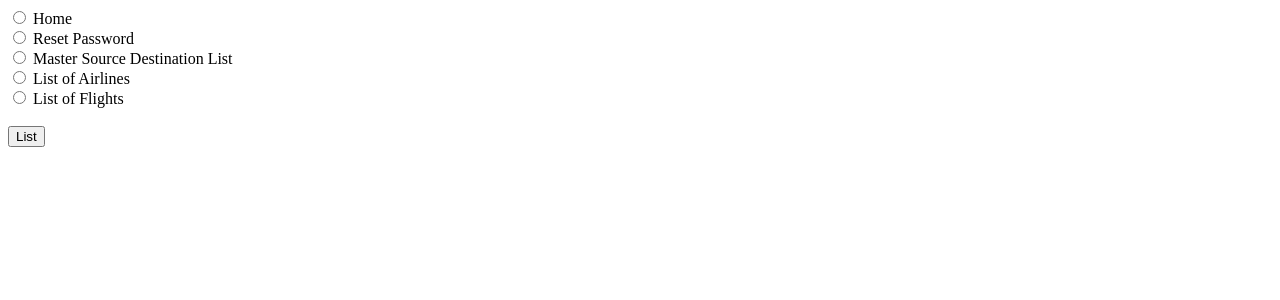
Repository: Shivani2392/FlyAwayProject
Page: http://localhost/FlightBookingPortal/WelcomeAdmin.jsp
The author's editor kept a copy of each file at every save. The page is drawn from the files as they stood at one save, then again after the next save.
The browser window is 1280 px wide. The pictures show the whole page.
The page is served by Tomcat 9. Other server files are loaded and not shown.

Above is the page before, as saved 2020-11-22 11:33:08.

### FlightBookingPortal/src/main/webapp/WelcomeAdmin.jsp
<%@ page language="java" contentType="text/html; charset=ISO-8859-1"
    pageEncoding="ISO-8859-1"%>
<!DOCTYPE html>
<html>
<head>
<meta charset="ISO-8859-1">
<style>
.vertical-menu {
  width: 200px;
}

.menu a {
  background-color: #eee;
  color: black;
  display: block;
  padding: 12px;
  text-decoration: none;
}

.menu a:hover {
  background-color: #ccc;
}

.menu a.active {
  background-color: #4CAF50;
  color: white;
}
</style>
<title>AdminHome</title>
</head>
<body>

<!--  <div class="Menu">
  <a href="#" class="active">Home</a>
  <a href="ResetPassword.jsp">ResetPassword</a>
  <br>
  <a href="MasterSourceDestinationlist.jsp">Available Source and Destination List</a>
  <br>
  <a href="MasterlistofAirlines.jsp">Master List of Airlines</a>
  <br>
  <a href="MasterListofFlights.jsp">Master List of Flights</a>
</div> -->

   <form action="AdminActionServlet" method="post">
          <input type = "radio"
                 name = "admin"
                 id = "home"
                 value="home" />
	      <label>Home</label>
          <br>
          <input type = "radio"
                 name = "admin"
                 id = "reset"
                 value="reset" />
          <label>Reset Password</label>
          <br>
          <input type = "radio"
                 name = "admin"
                 id = "master"
                 value="srcdest" />
          <label>Master Source Destination List</label>
          <br>
          <input type = "radio"
                 name = "admin"
                 id = "airline"
                 value="airlines" />
          <label>List of Airlines</label>
          <br>
          <input type = "radio"
                 name = "admin"
                 id = "flights"
                 value="flights" />
          <label>List of Flights</label>
          <br>
          <br>
          <button type="submit">List</button>
   </form>





</body>
</html>

After the next save:
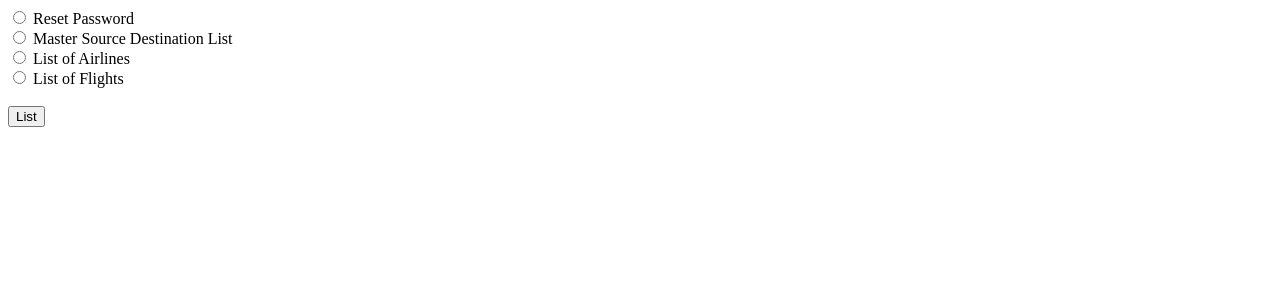
Saved 28 min 31 s later.
--- a/FlightBookingPortal/src/main/webapp/WelcomeAdmin.jsp
+++ b/FlightBookingPortal/src/main/webapp/WelcomeAdmin.jsp
@@ -44,12 +44,6 @@
    <form action="AdminActionServlet" method="post">
           <input type = "radio"
                  name = "admin"
-                 id = "home"
-                 value="home" />
-	      <label>Home</label>
-          <br>
-          <input type = "radio"
-                 name = "admin"
                  id = "reset"
                  value="reset" />
           <label>Reset Password</label>
